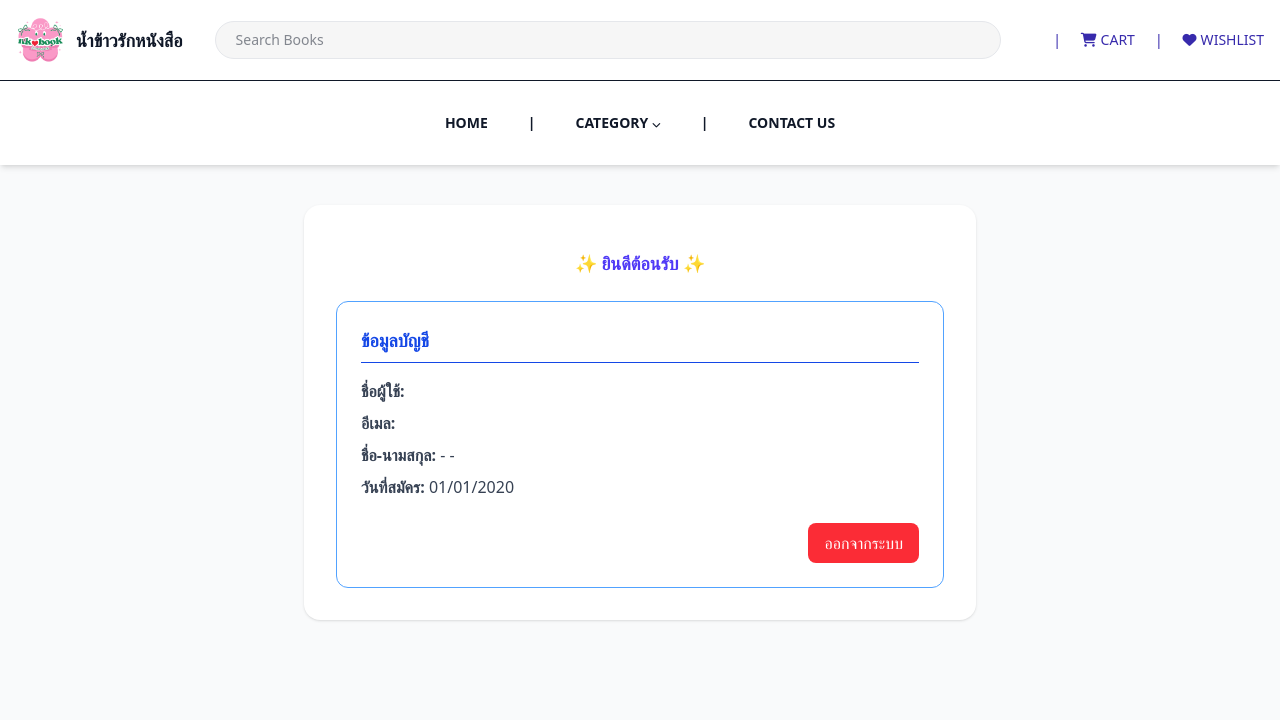
Repository: buratsakon0/NKLoveBook
Page: http://localhost/profile
The author's editor kept a copy of each file at every save. The page is drawn from the files as they stood at one save, then again after the next save.
The browser window is 1280 px wide. The pictures show the whole page.
The page is served by the project's Laravel application, run on PHP 8.4 with Laravel 12. A made-up administrator, Test User (test@example.com), is signed in. Style sheets and scripts are compiled from the project's sources, by tool versions that may differ from the author's. Queries for data that is not in the repository find no rows.

Above is the page before, as saved 2025-10-26 15:57:31.

After the next save:
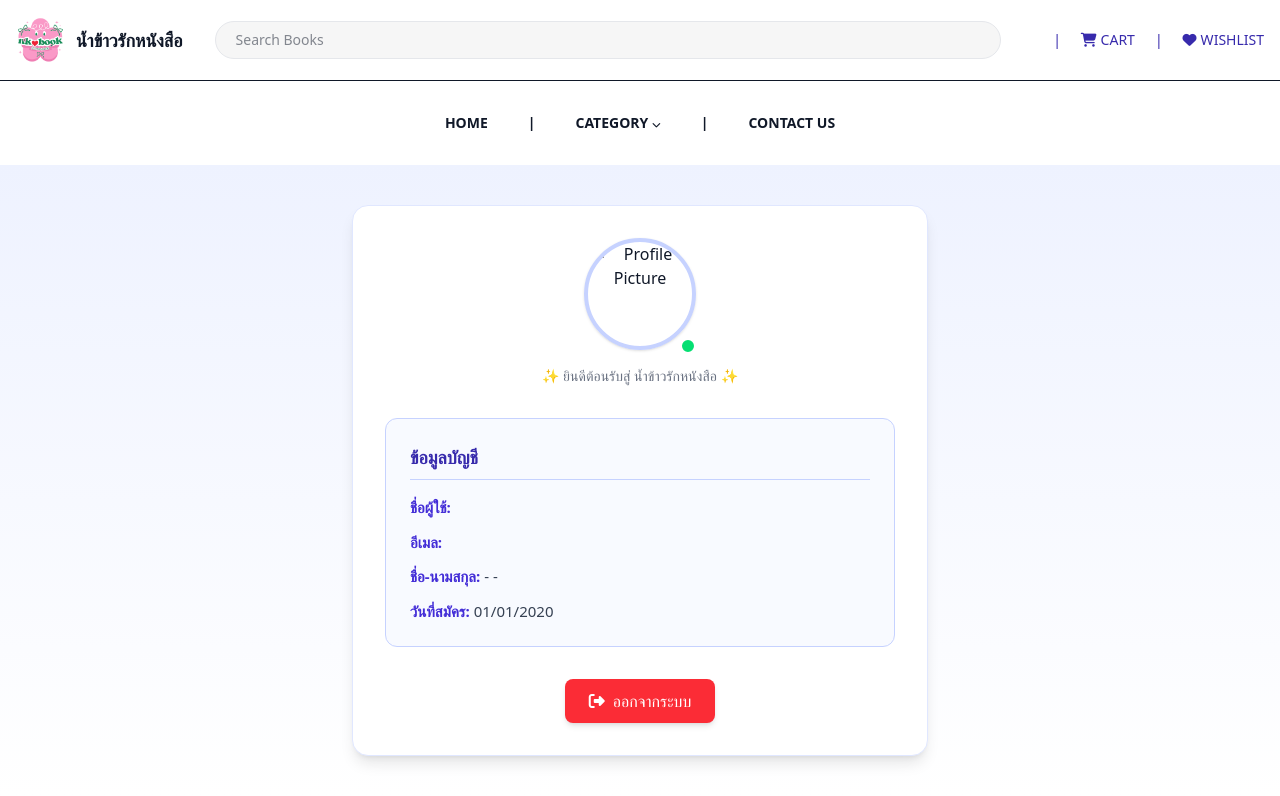
Saved 16 min 0 s later.
--- a/resources/views/profile.blade.php
+++ b/resources/views/profile.blade.php
@@ -1,27 +1,43 @@
 @extends('layouts.app')
 
 @section('content')
-<div class="max-w-2xl mx-auto mt-10 bg-white p-8 rounded-2xl shadow">
-    <div class="flex flex-col items-center mb-6">
-        <h2 class="mt-3 text-lg text-indigo-600 font-semibold">✨ ยินดีต้อนรับ ✨</h2>
-    </div>
+<div class="min-h-[80vh] flex justify-center items-center bg-gradient-to-b from-indigo-50 to-white py-10 px-4">
+    <div class="bg-white shadow-lg rounded-2xl p-8 w-full max-w-xl border border-indigo-100">
 
-    <div class="border border-blue-400 rounded-xl p-6">
-        <h3 class="text-lg font-bold text-blue-700 mb-4 border-b pb-2">ข้อมูลบัญชี</h3>
-
-        <div class="space-y-2 text-gray-700">
-            <p><strong>ชื่อผู้ใช้:</strong> {{ $user->Username }}</p>
-            <p><strong>อีเมล:</strong> {{ $user->Email }}</p>
-            <p><strong>ชื่อ-นามสกุล:</strong> {{ $user->Fname ?? '-' }} {{ $user->Lname ?? '-' }}</p>
-            <p><strong>วันที่สมัคร:</strong> {{ $user->created_at->format('d/m/Y') }}</p>
+        {{-- 🌸 ส่วนหัว --}}
+        <div class="text-center mb-8">
+            <div class="relative inline-block">
+                <img
+                    src="{{ asset('images/default-profile.png') }}"
+                    alt="Profile Picture"
+                    class="w-28 h-28 rounded-full border-4 border-indigo-200 shadow-sm object-cover mx-auto">
+                <span class="absolute -bottom-1 right-0 bg-green-400 w-4 h-4 rounded-full border-2 border-white"></span>
+            </div>
+            <h2 class="text-2xl font-bold text-indigo-700 mt-4">{{ $user->Username }}</h2>
+            <p class="text-gray-500 text-sm mt-1">✨ ยินดีต้อนรับสู่ น้ำข้าวรักหนังสือ ✨</p>
         </div>
 
-        <div class="mt-6 flex justify-end gap-4">
+        {{-- 🧾 ข้อมูลบัญชี --}}
+        <div class="border border-indigo-200 rounded-xl p-6 bg-indigo-50/40">
+            <h3 class="text-lg font-bold text-indigo-800 mb-4 border-b border-indigo-200 pb-2">
+                ข้อมูลบัญชี
+            </h3>
+
+            <div class="space-y-3 text-gray-700 text-[15px]">
+                <p><strong class="text-indigo-700">ชื่อผู้ใช้:</strong> {{ $user->Username }}</p>
+                <p><strong class="text-indigo-700">อีเมล:</strong> {{ $user->Email }}</p>
+                <p><strong class="text-indigo-700">ชื่อ-นามสกุล:</strong> {{ $user->Fname ?? '-' }} {{ $user->Lname ?? '-' }}</p>
+                <p><strong class="text-indigo-700">วันที่สมัคร:</strong> {{ $user->created_at->format('d/m/Y') }}</p>
+            </div>
+        </div>
+
+        {{-- 🚪 ปุ่มออกจากระบบ --}}
+        <div class="mt-8 flex justify-center">
             <form method="POST" action="{{ route('logout') }}">
                 @csrf
                 <button type="submit"
-                        class="bg-red-500 text-white px-4 py-2 rounded-lg hover:bg-red-600">
-                    ออกจากระบบ
+                    class="bg-red-500 hover:bg-red-600 text-white px-6 py-2.5 rounded-lg font-medium shadow-md transition duration-200 ease-in-out">
+                    <i class="fa fa-sign-out-alt mr-1"></i> ออกจากระบบ
                 </button>
             </form>
         </div>
